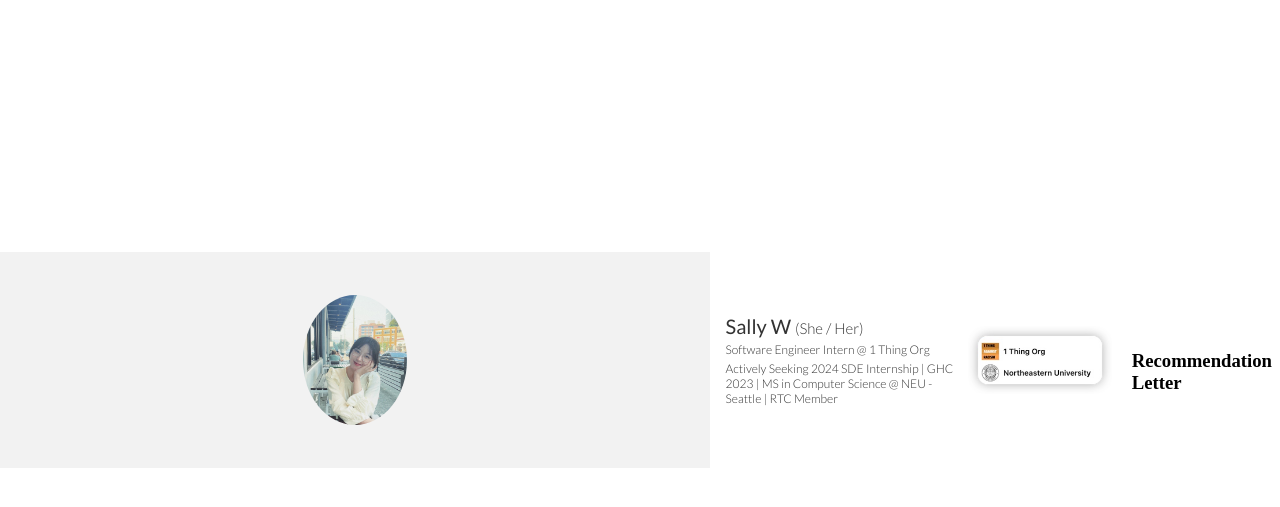
Repository: tianjiewang2022/digital-namecard
Page: recommendation_page.html
The author's editor kept a copy of each file at every save. The page is drawn from the files as they stood at one save, then again after the next save.
The browser window is 1280 px wide. The pictures show the whole page.
Some web fonts or font styles are not loaded; a fallback is used.

Above is the page before, as saved 2023-10-16 01:13:35.

### recommendation_page.html
<!DOCTYPE html>
<html>

    <head>
        <link rel="stylesheet" href="main.css">
        <link href='https://fonts.googleapis.com/css?family=Lato:200,300,400,700' rel='stylesheet' type='text/css'>
        <link href="https://fonts.googleapis.com/css?family=Muli:200,300" rel="stylesheet">
        <meta name="viewport" content="width=device-width, initial-scale=1, shrink-to-fit=no">
    </head>

    <body>
        <section class="bg-color-grey banner">
            <div class="container">
                <div class="row">
                    <div class="col"></div>
                    <div class="col is-5">
                        <img class="profile-pic" src="E4CDA194-B414-4D9C-A781-2C7693C33BDE.JPG" alt="Profile Picture">
                    </div>
                    <div class="col"></div>
                </div>
            </div>
        </section>

        <section class="bg-color-white primary-info">
            <div class="container">
                <div class="row name-title-company">
                    <div class="col is-6">
                        <p class="text-name">Sally W <span>(She / Her)</span></p>
                        <p class="text-title-company">Software Engineer Intern @ 1 Thing Org</p>
                        <p class="text-title-company">Actively Seeking 2024 SDE Internship | GHC 2023 | MS in Computer
                            Science @ NEU - Seattle | RTC Member</p>
                    </div>
                    <div class="col">
                        <img src="iShot_2023-09-12_11.27.03.jpg" alt="Company Logo">
                    </div>
                </div>
            </div>
        </section>
        <section class="bg-color-white secondary-info">
            <div class="container">
                <h3>Recommendation Letter</h3>
                <div class="image-container">
                    <img1 src="Recommendation_Manager.jpg" alt="Recommendation from Manager">
                        <img2 src="Recommendation_Mentor.jpg" alt="Recommendation from Mentor">
                </div>
            </div>
        </section>

        <!-- <section class="bg-color-white secondary-info">
            <div class="container table-container">
                <h3>Please leave your cherishing comment! ^_^</h3>
                <table>
                    <label for="name">Name</label>
                    <input type="text" id="name" name="name" placeholder="Your Name">

                    <label for="email">Email</label>
                    <input type="email" id="email" name="email" placeholder="Your Email">

                    <label for="message">Comment</label>
                    <input type="text" id="message" name="message" placeholder="Your Comment">

                    <button type="submit">Submit</button>
                </table>
            </div>
        </section>

        <section class="bg-color-white bottom">
            <div class="container">
                <div class="row">
                    <div class="col"></div>
                    <div class="col is-5">
                        <div class="button">
                            <a href="user.vcf">
                                <p class="button">Download</p>
                            </a>
                        </div>
                    </div>
                    <div class="col"></div>
                </div>
            </div>
        </section> -->

    </body>

</html>

### main.css
html,
body {
	height: 100%;
	width: 100%;
	margin: 0;
	display: flex;
	/* Change justify-content to display */
	justify-content: center;
	align-items: center;
	/* Center content vertically */
}

section {
	display: block;
	padding-left: 0.5rem;
	padding-right: 0.5rem;
	height: auto;
}

p {
	margin: 0.25rem !important;
}

a {
	text-decoration: none;
}

img {
	display: block;
	margin: 0 auto;
	/* Center images horizontally */
	/* margin-left: auto;
	margin-right: auto; */
	max-height: 100%;
	max-width: 100%;
	height: auto;
	width: auto;
	object-fit: contain;
}

img.profile-pic {
	height: 30%;
	width: 30%;
	object-fit: cover;
	border-radius: 50%;
}

.container {
	margin: 0 auto;
	position: relative;
	height: 100%;
}

.row {
	display: flex;
	justify-content: center;
	align-items: center;
	flex-wrap: nowrap;
	flex-direction: row;
	position: relative;
	height: 100%;
	width: 100%;
}

.col {
	display: block;
	flex-basis: 0;
	flex-grow: 1;
	flex-shrink: 1;
	margin: 0;
	padding: 0.25rem;
	max-width: 100%;
	max-height: 100%;
	overflow: auto;
}

.col.is-1 {
	flex: none;
	width: 10%;
}

.col.is-2 {
	flex: none;
	width: 20%;
}

.col.is-3 {
	flex: none;
	width: 30%;
}

.col.is-4 {
	flex: none;
	width: 40%;
}

.col.is-5 {
	flex: none;
	width: 50%;
}

.col.is-6 {
	flex: none;
	width: 60%;
}

.col.is-7 {
	flex: none;
	width: 70%;
}

.col.is-8 {
	flex: none;
	width: 80%;
}

.col.is-9 {
	flex: none;
	width: 90%;
}

.col.is-10 {
	flex: none;
	width: 100%;
}

.name-title-company {
	height: 100%;
}

.banner {
	height: 30%;
}

.primary-info {
	height: 15%;
}

.secondary-info {
	height: 8%;
}

.bg-color-grey {
	background-color: #F2F2F2;
}

.bg-color-white {
	background-color: white;
}

.text-name {
	font-family: 'Lato', sans-serif;
	font-weight: 400;
	color: #333333;
	font-size: 20px;
}

.text-name span {
	font-family: 'Lato', sans-serif;
	font-weight: 200;
	color: #333333;
	font-size: 15px;
}

.text-title-company {
	font-family: 'Lato', sans-serif;
	font-weight: 200;
	color: #333333;
	font-size: 12px;
}

.text-detail {
	font-family: 'Lato', sans-serif;
	font-weight: 300;
	color: #575757;
	font-size: 12px;
}

.bottom {
	height: 23%;
}

.button {
	background-color: #219653;
	height: 48px;
	padding-left: 24px padding-right: 24px;
	text-align: center;
	vertical-align: middle;
	line-height: 48px;
	font-family: 'Muli', sans-serif;
	color: white;
	font-weight: 300;
}

@media screen and (max-width: 600px) {
	img.profile-pic {
		height: 60%;
		width: 60%;
	}
}

@media screen and (max-width: 480px) {
	img.profile-pic {
		height: 80%;
		width: 80%;
	}
}

.table-container {
	margin: 0 auto;
	/* This centers the container horizontally */
	text-align: center;
	/* This centers the contents of the container */
}


/* CSS for the Submit button */
button {
	width: 100%;
	background: linear-gradient(to bottom, #27ae60, #2c3e50);
	color: white;
	border: none;
	padding: 10px;
	cursor: pointer;
}

/* CSS for button hover effect */
button:hover {
	cursor: pointer;
}

table {
	width: 100%;
	justify-content: center;
	border-collapse: collapse;
	margin-top: 10px;
}

th,
td {
	border: 1px solid #ccc;
	padding: 10px;
	text-align: center;
}

th {
	background-color: #f2f2f2;
}

.grid-container {
	display: grid;
	grid-template-columns: repeat(2, 1fr);
	/* Two columns with equal width */
	gap: 5px;
	/* Add some spacing between grid items */
	align-items: center;
}

/* Add this CSS to your main.css or in a <style> element in the HTML */
.image-container {
	display: grid;
	grid-template-columns: repeat(2, 1fr);
	/* Use flexbox to arrange the images horizontally */
	gap: 5px;
	/* Create space between the images */
	align-items: center;
	/* Vertically center the images within the container */
}

.image-container img {
	max-width: 40%;
	/* Ensure images don't exceed their container's width */
	height: auto;
	/* Maintain the aspect ratio of the images */
}

/* Add these selectors to target img1 and img2 */
.image-container img:nth-child(1) {
	grid-column: 1 / span 1;
}

.image-container img:nth-child(2) {
	grid-column: 2 / span 1;
}

After the next save:
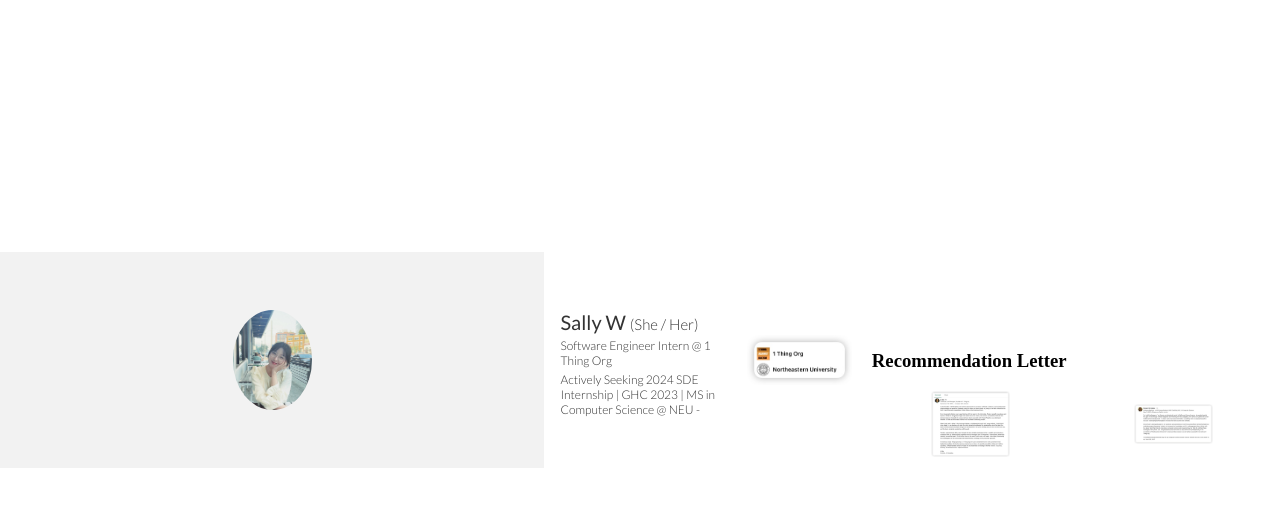
Saved 47 s later.
--- a/recommendation_page.html
+++ b/recommendation_page.html
@@ -40,8 +40,8 @@
             <div class="container">
                 <h3>Recommendation Letter</h3>
                 <div class="image-container">
-                    <img1 src="Recommendation_Manager.jpg" alt="Recommendation from Manager">
-                        <img2 src="Recommendation_Mentor.jpg" alt="Recommendation from Mentor">
+                    <img src="Recommendation_Manager.jpg" alt="Recommendation from Manager">
+                    <img src="Recommendation_Mentor.jpg" alt="Recommendation from Mentor">
                 </div>
             </div>
         </section>
